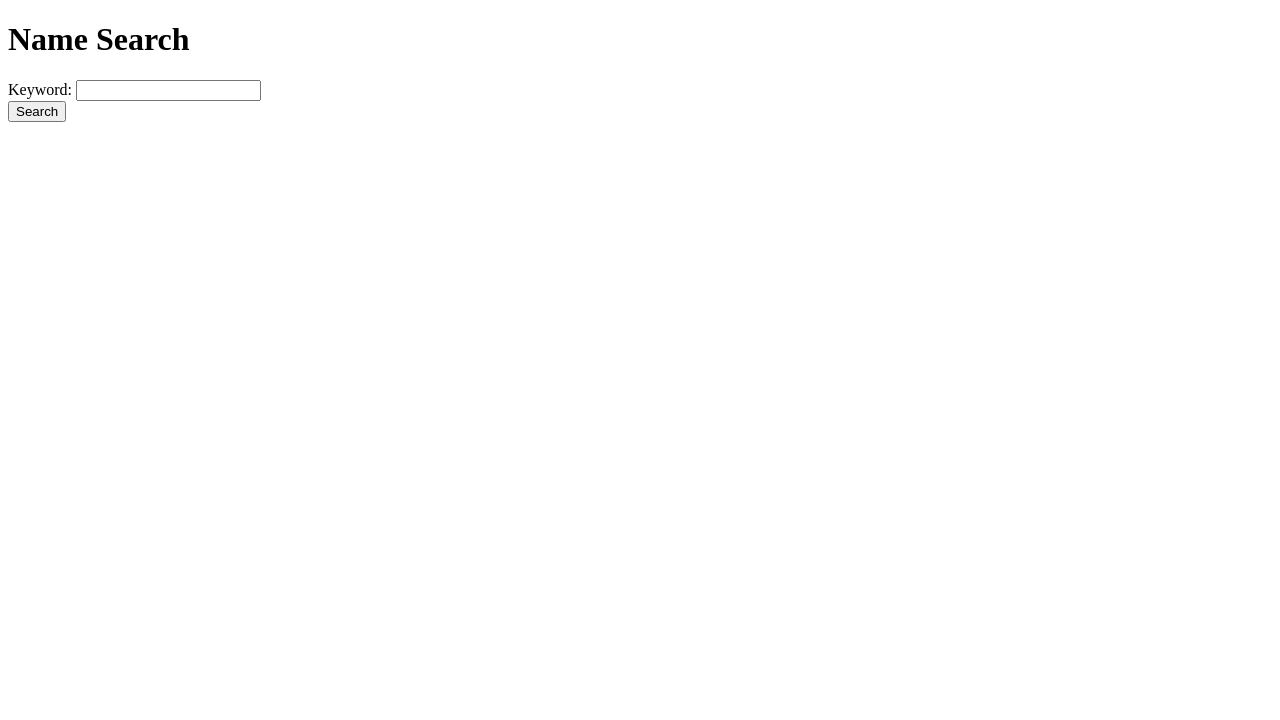
Repository: EricG831/egl1
Page: a3/index.html
The author's editor kept a record of every edit. The page is drawn from the files as they stood at one moment, then again after the next edit.
The browser window is 1280 px wide. The pictures show the whole page.

Above is the page before.

### a3/index.html

<!DOCTYPE html>
<html>

    <head>
        <title> Sign Up Page </title>
        <script src="https://ajax.googleapis.com/ajax/libs/jquery/3.4.1/jquery.min.js"></script>
    </head>

    <body>
        <h1> Name Search </h1>
        <form id="signupForm" method="get" onsubmit="buildGallery(); return false;">

            Keyword: <input type="text" class="form-control" id="Descimages" placeholder=""><br>
            </select><input type="submit" value="Search">
        </form>

        <div class="flex-container" id="images"></div>

        <script src="js/app.js"></script>
    </body>

</html>



<!--[{"name":"Mary","gender":"f","usages":[{"usage_code":"eng","usage_full":"English","usage_gender":"f"},-->
<!--{"usage_code":"eng-bibl","usage_full":"Biblical","usage_gender":"f"}]}]-->

### a3/js/app.js
let buildGallery = function() {
    let q = $("#Descimages").val();
    var API_KEY = 'er829146479';
    var URL = "https://www.behindthename.com/api/lookup.json?name=" + q + "&key=er829146479";

    $.ajax({
        method: "GET",
        url: URL,
        dataType: "json",
        data: { "name": $("#name").val() },
        success: function(result, status) {
            if(result.error){
                let src = "img/error.png";
                $("#images").html(result.error);
                $("#images").append("<div class=\"img-thumbnail flex-item\"><img src=\"" + src + "\"></div>");
            }

            if(result[0].gender == "f"){
                //set text to pink or add image for female
                $("#images").html("Language: " + result[0].usages[0].usage_full + " ||  Gender: Female");
                let src = "img/fem.jpg"
                $("#images").append("<div class=\"img-thumbnail flex-item\"><img src=\"" + src + "\"></div>");
            } else if(result[0].gender == "m"){
                //set text to blue or add image for male
                $("#images").html("Language: " + result[0].usages[0].usage_full + " || Gender: Female");
                let src = "img/male.png";
                $("#images").append("<div class=\"img-thumbnail flex-item\"><img src=\"" + src + "\"></div>");
            } else {
                //set text to blue or add image for male
                $("#images").html("Language: " + result[0].usages[0].usage_full + " || Gender: Both, Female and Male");
                let src = "img/fm.png"
                $("#images").append("<div class=\"img-thumbnail flex-item\"><img src=\"" + src + "\"></div>");
            }
        }
    }); //ajax
}

// [{"name":"Mary","gender":"f",
// "usages":[{"usage_code":"eng","usage_full":"English","usage_gender":"f"},
//           {"usage_code":"eng-bibl","usage_full":"Biblical","usage_gender":"f"}]
// }]

### a3/css/app.css
body {
    background-color: purple;
    color:white;
    text-align: center
    background: src="img/backgrounf.jpg";
    background-image: url("img/backgrounf.jpg");
}

After the next edit:
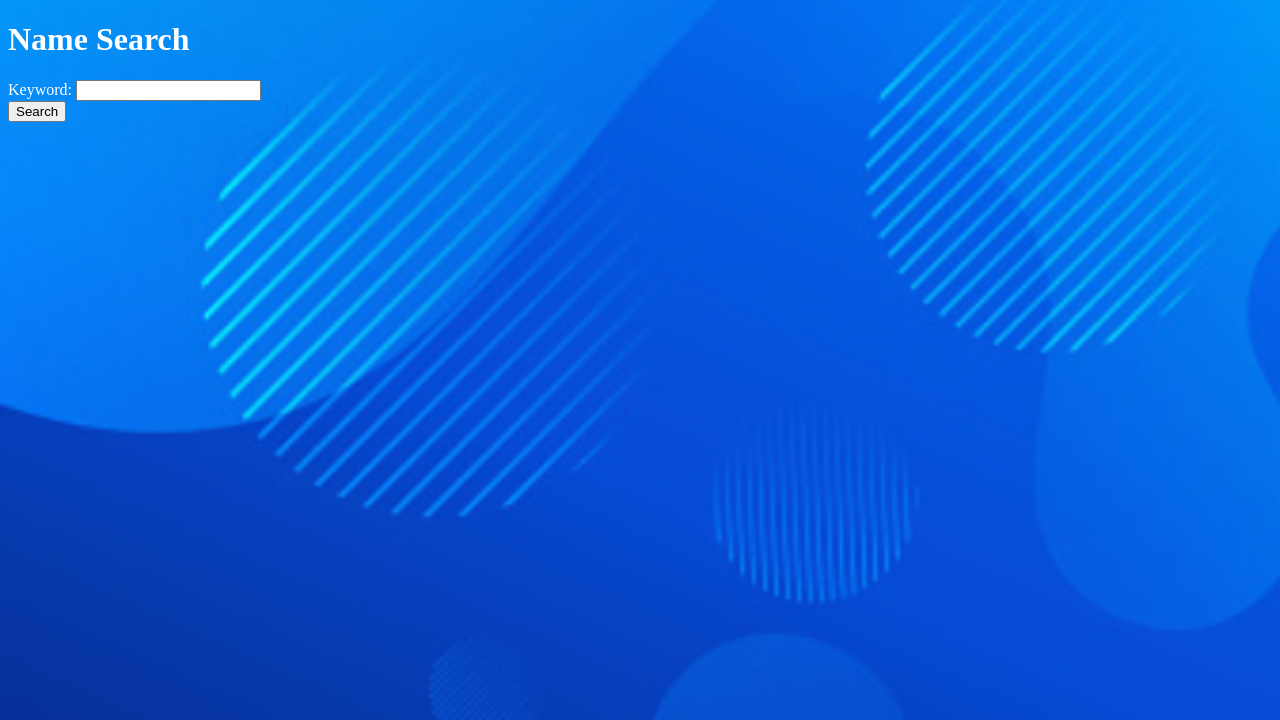
The edit:
--- a/a3/index.html
+++ b/a3/index.html
@@ -5,6 +5,9 @@
     <head>
         <title> Sign Up Page </title>
         <script src="https://ajax.googleapis.com/ajax/libs/jquery/3.4.1/jquery.min.js"></script>
+        <style>
+            @import url("css/app.css");
+        </style>
     </head>
 
     <body>
